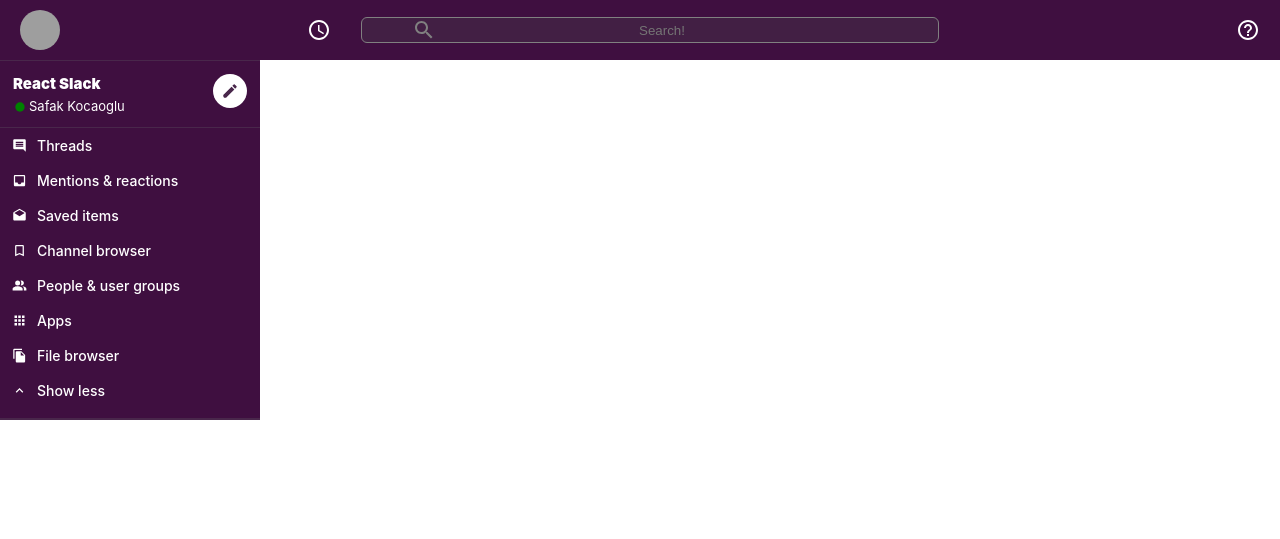
Repository: mminhaz93/React-Slack-Clone
Page: /
An editor plug-in stored every save of this project. The page is shown before and after the next save, followed by the edit.
The browser window is 1280 px wide. The pictures show the whole page.
Pictures or frames that could not be fetched are drawn as grey boxes. The project was rebuilt for these pictures with package versions that can differ from the ones it lists, and the page was loaded fresh each time.

Above is the page before, as saved 2020-08-13 21:31:49.

After the next save:
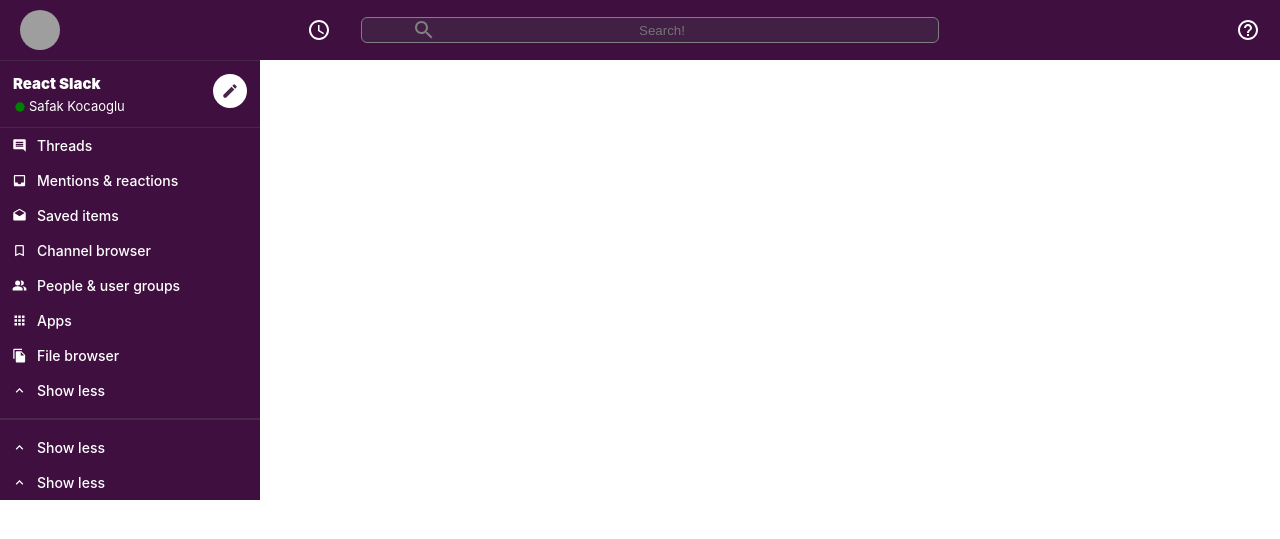
Saved 48 s later.
--- a/src/components/Sidebar.js
+++ b/src/components/Sidebar.js
@@ -36,6 +36,8 @@
       <SidebarOption Icon={FileCopy} title="File browser" />
       <SidebarOption Icon={ExpandLess} title="Show less" />
       <hr></hr>
+      <SidebarOption Icon={ExpandLess} title="Show less" />
+      <SidebarOption Icon={ExpandLess} title="Show less" />
     </div>
   );
 };
